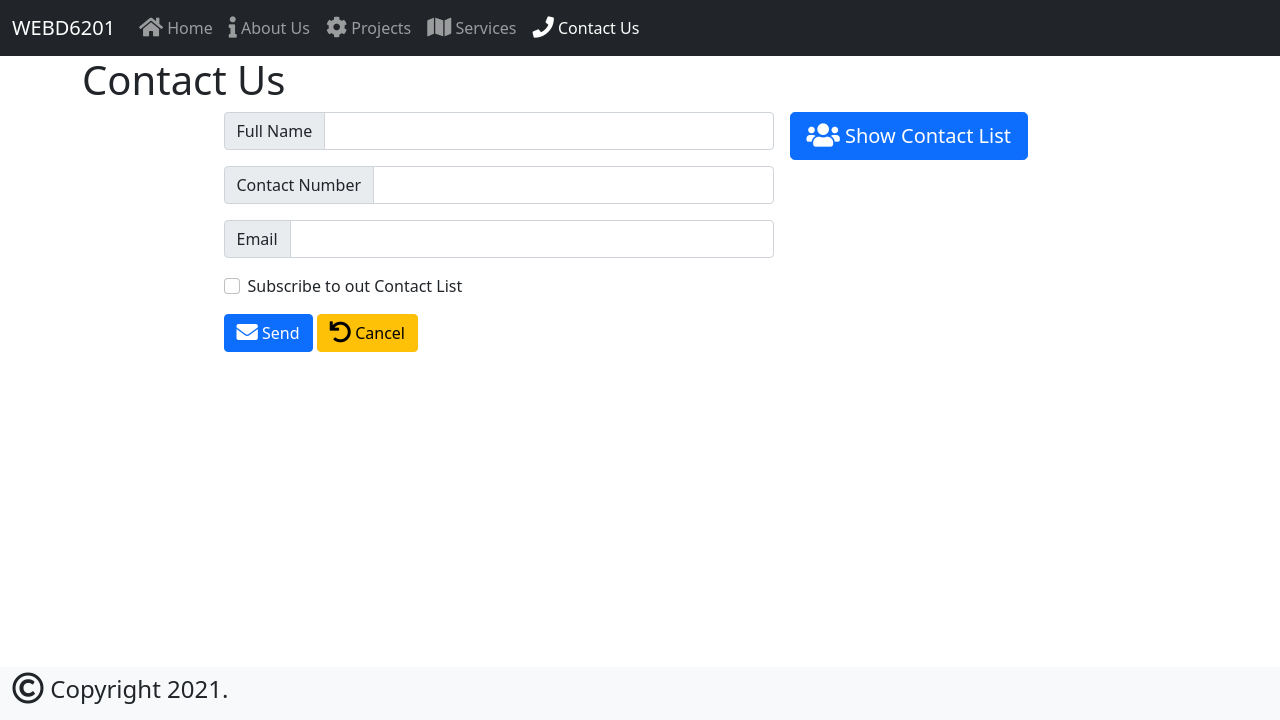
Repository: aphim/webd6201ICE6
Page: contact.html
These files come from the project's save history. The page is drawn as it stood at one moment and after the next save; the edit follows.
The browser window is 1280 px wide. The pictures show the whole page.

Above is the page before, as saved 2021-02-10 09:55:58.

### contact.html
<!DOCTYPE html>
<html lang="en">
<head>
    <meta charset="UTF-8">
    <meta name="viewport" content="width=device-width, initial-scale=1.0">
    <title>Contact</title>
    <!-- CSS Section -->
    <link rel="stylesheet" href="./node_modules/bootstrap/dist/css/bootstrap.min.css">
    <link rel="stylesheet" href="./node_modules/@fortawesome/fontawesome-free/css/all.min.css">
    <link rel="stylesheet" href="./Content/app.css">
</head>
<body>
    <!-- Main Header -->
    <header>
        <!-- Main Navigation -->
        <nav class="navbar navbar-expand-lg navbar-dark bg-dark">
            <div class="container-fluid">
              <a class="navbar-brand" href="index.html">WEBD6201</a>
              <button class="navbar-toggler" type="button" data-bs-toggle="collapse" data-bs-target="#navbarSupportedContent" aria-controls="navbarSupportedContent" aria-expanded="false" aria-label="Toggle navigation">
                <span class="navbar-toggler-icon"></span>
              </button>
              <div class="collapse navbar-collapse" id="navbarSupportedContent">
                <ul class="navbar-nav me-auto mb-2 mb-lg-0">
                  <li class="nav-item">
                    <a class="nav-link" aria-current="page" href="index.html"><i class="fas fa-home fa-lg"></i> Home</a>
                  </li>

                  <li class="nav-item">
                    <a class="nav-link" aria-current="page" href="about.html"><i class="fas fa-info fa-lg"></i> About Us</a>
                  </li>

                  <li class="nav-item">
                    <a class="nav-link" aria-current="page" href="projects.html"><i class="fas fa-cog fa-lg"></i> Projects</a>
                  </li>

                  <li class="nav-item">
                    <a class="nav-link" aria-current="page" href="services.html"><i class="fas fa-map fa-lg"></i> Services</a>
                  </li>

                  <li class="nav-item">
                    <a class="nav-link active" aria-current="page" href="contact.html"><i class="fas fa-phone fa-lg"></i> Contact Us</a>
                  </li>
                </ul>
              </div>
            </div>
          </nav>
    </header>

    <!-- Main Content -->
    <main class="container">
        <h1>Contact Us</h1>
        <div id="messageArea"></div>

        <div class="row justify-content-lg-center g-3">
          <form class="col-lg-6 col-md-10 col-sm-10">

            <div class="input-group mb-3">
              <span class="input-group-text" id="inputGroup-sizing-default">Full Name </span>
              <input id="fullName" type="text" class="form-control" aria-label="Full Name" aria-describedby="Full Name Input"
              name="fullName" required>
            </div>

            <div class="input-group mb-3">
              <span class="input-group-text" id="inputGroup-sizing-default">Contact Number</span>
              <input id="contactNumber" type="tel" class="form-control" aria-label="Contact Number" aria-describedby="Contact Number Input"
              name="contactNumber" required>
            </div>

            <div class="input-group mb-3">
              <span class="input-group-text" id="inputGroup-sizing-default">Email</span>
              <input id="emailAddress" type="email" class="form-control" aria-label="Email Address" aria-describedby="Email Address Input"
              name="emailAddress" required>
            </div>

            <div class="form-check mb-3">
              <input class="form-check-input" type="checkbox" value="" id="subscribeCheckbox" name="subscribeCheckbox">
              <label class="form-check-label" for="subscribeCheckbox">Subscribe to out Contact List</label>
            </div>

            <button id="sendButton" type="submit" class="btn btn-primary"><i class="fas fa-envelope fa-lg"></i> Send</button>
            <button id="cancelButton" type="reset" class="btn btn-warning"><i class="fas fa-undo fa-lg"></i> Cancel</button>
          </form>

          <div class="col-lg-3 col-md-3">
            <a href="contact-list.html" class="btn btn-primary btn-lg"><i class="fas fa-users fa-lg"></i> Show Contact List</a>
          </div>
        </div>


    </main>

    <!-- Main Footer -->
    <footer>
        <nav class="navbar fixed-bottom navbar-light bg-light">
            <div class="container-fluid">
              <h4><i class="far fa-copyright fa-lg"></i> Copyright 2021.</h4>
            </div>
          </nav>
    </footer>

    <!-- Script Section-->
    <script src="./node_modules/jquery/dist/jquery.min.js"></script>
    <script src="./node_modules/bootstrap/dist/js/bootstrap.bundle.min.js"></script>
    <script src="./Scripts/namespace.js"></script>
    <script src="./Scripts/contact.js"></script>
    <script src="./Scripts/app.js"></script>
</body>
</html>

### Scripts/namespace.js

//namespace core
let core;

### Scripts/contact.js
"use strict";
// Contact Class

((core)=>{
  class Contact {
    // getters and setters
    get FullName()
    {
      return this.m_fullName;
    }

    set FullName(value)
    {
      this.m_fullName = value;
    }

    get ContactNumber()
    {
      return this.m_contactNumber;
    }

    set ContactNumber(value)
    {
      this.m_contactNumber = value;
    }

    get EmailAddress()
    {
      return this.m_emailAddress;
    }

    set EmailAddress(value)
    {
      this.m_emailAddress = value;
    }

    // constructor

    /**
     * @param {string} fullName
     * @param {string} contactNumber
     * @param {string} emailAddress
     */
    constructor(fullName = "", contactNumber = "", emailAddress = "")
    {
      this.FullName = fullName;
      this.ContactNumber = contactNumber;
      this.EmailAddress = emailAddress;
    }

    // methods

    /**
     * This method overrides the built-in toString method for the Contact class
     *
     * @returns {string}
     */
    toString()
    {
      return `Full Name     : ${this.FullName} \nContact Number: ${this.ContactNumber}\nEmail Address : ${this.EmailAddress}`;
    }

    /**
     * This method returns a JSON object made up of the properties of the Contact class
     *
     * @returns {Object}
     */
    toJSON()
    {
      return {
        "fullName": this.FullName,
        "contactNumber": this.ContactNumber,
        "emailAddress": this.EmailAddress
      }
    }

    /**
     * This method converts the Contact into a comma-separated value string
     *
     * @returns {string}
     */
    serialize()
    {
      if(this.FullName !== "" && this.ContactNumber !== "" && this.EmailAddress !== "")
      {
        return `${this.FullName},${this.ContactNumber},${this.EmailAddress}`;
      }
      else
      {
        console.error("One or more properties of the Contact is empty");
        return null;
      }
    }

    /**
     * This method takes a comma-separated data string and assigns the values to the Contact class properties
     *
     * @param {string} data
     * @return {void}
     */
    deserialize(data)
    {
      let propertyArray = data.split(",");
      this.FullName = propertyArray[0];
      this.ContactNumber = propertyArray[1];
      this.EmailAddress = propertyArray[2];
    }
  }

core.Contact = Contact;

})(core || (core={}));

### Scripts/app.js
/* custom JavaScript goes here */

//IIFE - Immediately Invoked Function Expression
//AKA - Anonymous Self-Executing Function
//Closure - limits scope leak

"use strict";


((core) =>
{
    function displayHome()
    {

      $("button").on("mouseover", () =>
      {
        console.log("mouseover button - jquery");
      });

      let myButton = document.querySelectorAll("button")[0];
       myButton.addEventListener("click", function()
      {
        console.log("clicked button - js");
      });

      console.log(myButton);


        let paragraphOneText =
          "This is a simple site to demonstrate DOM Manipulation for ICE 1";

        let paragraphOneElement = document.getElementById("paragraphOne");

        paragraphOneElement.textContent = paragraphOneText;
        paragraphOneElement.className = "fs-5";

        // Step 1. document.createElement
        let newParagraph = document.createElement("p");
        // Step 2. configure the element
        newParagraph.setAttribute("id", "paragraphTwo");
        newParagraph.textContent = "...And this is paragraph two";
        // Step 3. select the parent element
        let mainContent = document.getElementsByTagName("main")[0];
        // Step 4. Add / Insert the element
        mainContent.appendChild(newParagraph);

        newParagraph.className = "fs-6";

        // another way of injecting content
        let paragraphDiv = document.createElement("div");
        let paragraphThree = `<p id="paragraphThree" class="fs-7 fw-bold">And this is the Third Paragraph</p>`;
        paragraphDiv.innerHTML = paragraphThree;

        // insertions

        // example of inserting before a node
        //newParagraph.before(paragraphDiv);

        // example of inserting after a node
        newParagraph.after(paragraphDiv);

        // deletions

        // example of removing a single element
        //paragraphOneElement.remove();

        // example of removeChild
        mainContent.removeChild(paragraphOneElement);

        // update / modification
        //mainContent.firstElementChild.textContent = "Welcome Home!";

        mainContent.innerHTML = `<h1 id="firstHeading">Welcome to WEBD6201 - Lab 1</h1>
         <p id="paragraphOne" class="fs-3 fw-bold">This is my first Paragraph</p>
        `;

    }

    function displayAbout()
    {

    }

    function displayProjects()
    {

    }

    function displayServices()
    {

    }

    function displayContact()
    {
      let messageArea = $("#messageArea").hide();

      $("#fullName").on("blur", function()
      {
          if($(this).val().length < 2)
          {
            $(this).trigger("focus").trigger("select");
            messageArea.show().addClass("alert alert-danger").text("Please enter an appropriate Name");

          }
          else
          {
            messageArea.removeAttr("class").hide();

          }
        });


        $("#sendButton").on("click", (event)=>
        {
          if ($("#subscribeCheckbox")[0].checked)
          {
            let contact = new core.Contact(fullName.value, contactNumber.value, emailAddress.value);

            if(contact.serialize())
            {
              localStorage.setItem(key, contact.serialize());
            }
          }


        });

    }

    function displayContactList()
    {
      if (localStorage.length > 0)
      {
        let contactList = document.getElementById("contactList");

        let data = "";

        let keys = Object.keys(localStorage);

        let index = 1;

        for (const key of keys)
        {
          let contactData = localStorage.getItem(key);

          let contact = new core.Contact();
          contact.deserialize(contactData);

          data += `<tr>
          <th scope="row">${index}</th>
          <td>${contact.FullName}</td>
          <td>${contact.ContactNumber}</td>
          <td>${contact.EmailAddress}</td>
          <td class="text-center"><button value="${key}" class="btn btn-primary btn-sm edit"><i class="fas fa-edit fa-sm"></i> Edit</button></td>
          <td class="text-center"><button value="${key}" class="btn btn-danger btn-sm delete"><i class="fas fa-trash-alt fa-sm"></i> Delete</button></td>
        </tr>`;

        index++;
        }


        contactList.innerHTML = data;

        $("button.edit").on("click", function(){
          location.href = "edit.html#" +$(this).val();
         });

         $("button.delete").on("click", function(){
           if(confirm("Are you sure?"))
           {
            localStorage.removeItem($(this).val());
           }
           location.href = "contact-list.html"; // refresh the page
         });

         $("#addButton").on("click", function()
         {
         location.href = "edit.html";
        });

      }
    }

    function displayEdit()
    {
      let key = location.hash.substring(1);

      let contact = new core.Contact();

      if(key != "")
      {
        contact.deserialize(localStorage.getItem(key));

        $("#fullName").val(contact.FullName);
        $("#contactNumber").val(contact.ContactNumber);
        $("#emailAddress").val(contact.EmailAddress);
      }
      else
      {
        //modify page for add button instead of edit
        $("main>h1").text("Add Contact");
        //modify edit button
        $("#editButton").html(`<i class="fas fa-plus-circle fa-lg"></i>Add`);
      }

      $("editButton").on("click", function()
      {
        if(key == "")
        {
          key = contact.FullName.substring(0, 1) + Date.now();
        }

        contact.FullName = $("#fullName").val();
        contact.ContactNumber = $("#contactNumber").val();
        contact.EmailAddress = $("#emailAddress").val();

        localStorage.setItem(key, contact.serialize());
        location.href = "contact-list.html";

      });

      $("#cancelButton").on("click", function()
      {
        location.href = "contact-list.html";
      });
    }



    function Start()
    {
        console.log("App Started...");

        switch (document.title)
        {
          case "Home":
              displayHome();
            break;
          case "About":
              displayAbout();
            break;
          case "Projects":
              displayProjects();
            break;
          case "Services":
              displayServices();
            break;
          case "Contact":
              displayContact();
            break;
          case "Contact-List":
            displayContactList();
          break;
          case "Edit":
            displayEdit();
        break;
        }

    }

    window.addEventListener("load", Start);

    core.Start = Start;

}) (core || (core={}));

Loaded but not shown: node_modules/bootstrap/dist/css/bootstrap.min.css (library); node_modules/@fortawesome/fontawesome-free/css/all.min.css (library); Content/app.css (common file); node_modules/jquery/dist/jquery.min.js (library); node_modules/bootstrap/dist/js/bootstrap.bundle.min.js (library)

After the next save:
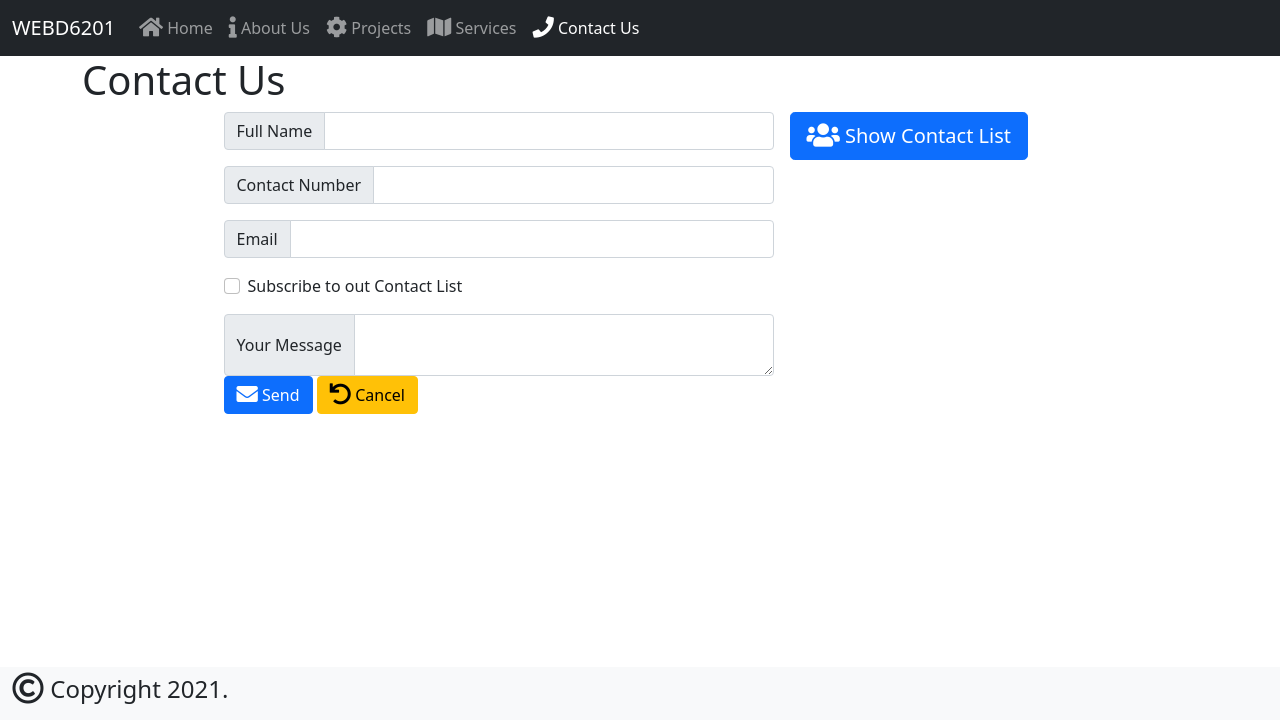
Saved 4 min 34 s later.
--- a/contact.html
+++ b/contact.html
@@ -77,6 +77,12 @@
               <label class="form-check-label" for="subscribeCheckbox">Subscribe to out Contact List</label>
             </div>
 
+            <div class="input-group">
+              <span class="input-group-text">Your Message</span>
+              <textarea class="form-control" aria-label="With textarea"></textarea>
+            </div>
+
+
             <button id="sendButton" type="submit" class="btn btn-primary"><i class="fas fa-envelope fa-lg"></i> Send</button>
             <button id="cancelButton" type="reset" class="btn btn-warning"><i class="fas fa-undo fa-lg"></i> Cancel</button>
           </form>
